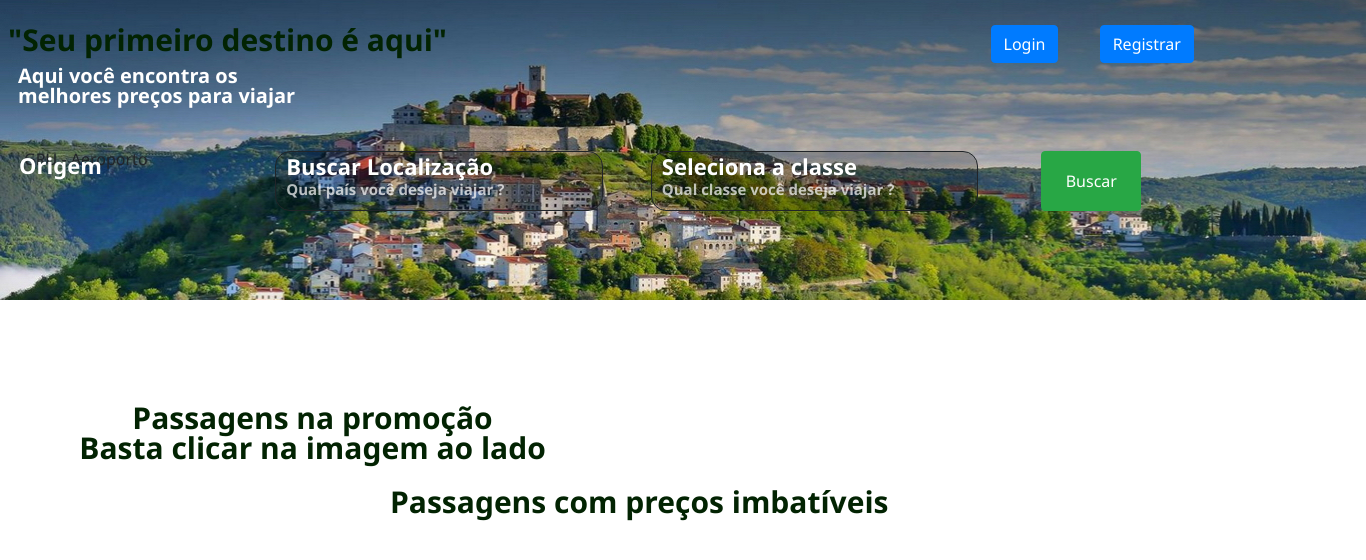
Repository: VictorFlay/Aplicacao-WEB
Page: http://localhost/ProjetoWeb/
An editor plug-in stored every save of this project. The page is shown before and after a run of saves, followed by the edit.
The browser window is 1280 px wide. The page is 1366 px wide, so the pictures cover 1366 px, including what lies to the right of the window. The pictures show the whole page.
Some web libraries are served in a nearby version. The page is served by Tomcat 9. Other server files are loaded and not shown. Queries for data that is not in the repository find no rows.

Above is the page before, as saved 2021-07-18 16:27:30.

### ProjetoWeb/WebContent/index.jsp
<%@page import="model.Usuario"%>
<%@page import="model.Localizacao"%>
<%@page import="model.Passagem"%>
<%@page import="model.LinhaAerea"%>
<%@page import="model.LinhaAerea"%>

<html lang="pt">
<head>

<!-- CSS -->
<link rel="stylesheet" type="text/css" href="css/design.css">

<!-- JQUEY e AJAX -->
<script src="https://cdnjs.cloudflare.com/ajax/libs/popper.js/1.12.9/umd/popper.min.js"></script>
<script src="https://code.jquery.com/jquery-3.2.1.slim.min.js"></script>
<script src="https://code.jquery.com/jquery-3.3.1.min.js"></script>

<!-- Bootstrap CSS -->
<script src="https://maxcdn.bootstrapcdn.com/bootstrap/4.0.0/js/bootstrap.min.js"></script>
<meta name="viewport" content="width=device-width, initial-scale=1, shrink-to-fit=no">
<link rel="stylesheet" href="https://maxcdn.bootstrapcdn.com/bootstrap/4.0.0/css/bootstrap.min.css">

<title>Agência</title>
<%
	String carousel = new Passagem().CarouselPromocao();
	String carouselcards = new Passagem().CarouselCards();
	String nome = (String) session.getAttribute("nome");
	String localizacao = new Localizacao().localizacoes();
	String nivelusuario = (String) session.getAttribute("nivelusuario");
	int converte = new Usuario().convert(nivelusuario);
%>
</head>
<body>

	<div class="container-fluid px-0">

		<!-- Imagem de fundo -->
		<div class="row">
			<div class="col-12 col-lg-12 center">
				<img src="img/menu.jpg" class="img-responsive"
					alt="Responsive image" id="imagem">
			</div>
		</div>

		<div class="row">
			<div class="col-8 col-lg-9 justify-content-between mt-4 ml-2"
				id="mensagem">"Seu primeiro destino é aqui"</div>

			<!-- Apenas o contéudo que o vistante tem acesso -->
			<%
				if (converte == 0) {
			%>
			<div class="col-1 col-lg-1 mt-4">
				<button type="button" class="btn btn-primary" data-toggle="modal"
					data-target="#login" data-whatever="@mdo">Login</button>
				<div class="modal fade" id="login" tabindex="-1" role="dialog"
					aria-labelledby="exampleModalLabel" aria-hidden="true">
					<div class="modal-dialog" role="document">
						<div class="modal-content">
							<div class="modal-header">
								<h5 class="modal-title" id="exampleModalLabel">Login</h5>
								<button type="button" class="close" data-dismiss="modal"
									aria-label="Close">
									<span aria-hidden="true">&times;</span>
								</button>
							</div>
							<div class="modal-body">
								<form method="POST" id="login-form">
									<div class="form-group">

										<!-- Exibe uma mensagem de erro na hora de logar  -->
										<div class="alert alert-danger center" role="alert"
											id="errologin"></div>
										<label for="login" class="col-form-label">Login:</label> <input
											type="text" class="form-control" id="username"
											name="username">
									</div>

									<div class="form-group">
										<label for="senha" class="col-form-label">Senha:</label> <input
											type="password" class="form-control" id="senha" name="senha">
									</div>

									<div class="modal-footer">
										<button type="button" class="btn btn-secondary"
											data-dismiss="modal">Fechar</button>
										<button type="submit" class="btn btn-primary">Entrar</button>
									</div>
								</form>
							</div>
						</div>
					</div>
				</div>
			</div>

			<!-- Registrar no sistema -->
			<div class="col-1 col-lg-1 mt-4">
				<button type="button" class="btn btn-primary" data-toggle="modal"
					data-target="#registrar" data-whatever="@mdo">Registrar</button>

				<div class="modal fade" id="registrar" tabindex="-1" role="dialog"
					aria-labelledby="exampleModalLabel" aria-hidden="true">
					<div class="modal-dialog" role="document">
						<div class="modal-content">
							<div class="modal-header">
								<h5 class="modal-title" id="exampleModalLabel">Registrar</h5>
								<button type="button" class="close" data-dismiss="modal"
									aria-label="Close">
									<span aria-hidden="true">&times;</span>
								</button>
							</div>
							<div class="modal-body">
								<form method="POST" id="register-form">
									<div class="alert alert-danger center" role="alert" id="erro">
										Nome ou Login já cadastrado!</div>
									<div class="form-group">
										<label for="nome" class="col-form-label">Nome
											Completo:</label> <input type="text" class="form-control" id="nome" name="nome" placeholder="Nome completo">
									</div>

									<div class="form-group">
										<label for="login" class="col-form-label">Login:</label>
										<input type="text" class="form-control" id="cxlogin" name="cxlogin" placeholder="Login">
									</div>

									<div class="form-group">
										<label for="senha" class="col-form-label">Senha:</label> <input
											type="password" class="form-control" id="cxsenha" name="cxsenha" placeholder="Senha">
									</div>

									<div class="form-row">
										<div class="form-group col-md-6">
											<label for="telefone" class="col-form-label">Telefone:</label>
											<input type="text" class="form-control" id="telefone" placeholder="Digite seu telefone..." name="telefone">
										</div>

										<div class="form-group col-md-3 ml-4">
											<label for="estado" class="col-form-label">Estado</label> <select
												id="estado" class="form-control">
												<option value="AC" selected>AC</option>
												<option value="AL">AL</option>
												<option value="AP">AP</option>
												<option value="AM">AM</option>
												<option value="BA">BA</option>
												<option value="CE">CE</option>
												<option value="ES">ES</option>
												<option value="GO">GO</option>
												<option value="MA">MA</option>
												<option value="MT">MT</option>
												<option value="MS">MS</option>
												<option value="MG">MG</option>
												<option value="PA">PA</option>
												<option value="PB">PB</option>
												<option value="PR">PR</option>
												<option value="PE">PE</option>
												<option value="PI">PI</option>
												<option value="RJ">RJ</option>
												<option value="RN">RN</option>
												<option value="RS">RS</option>
												<option value="RO">RO</option>
												<option value="RR">RR</option>
												<option value="SC">SC</option>
												<option value="SP">SP</option>
												<option value="SE">SE</option>
												<option value="TO">TO</option>
												<option value="DF">DF</option>
											</select>
										</div>
									</div>

									<div class="modal-footer">
										<button type="button" class="btn btn-secondary"
											data-dismiss="modal">Fechar</button>
										<button type="submit" class="btn btn-primary">Entrar</button>
									</div>
								</form>
							</div>
						</div>
					</div>
				</div>
			</div>

			<!-- Nível Usuário -->
			<% }else if (converte == 1) { %>

			<!-- Menu do usuário -->
			<div class="col-1 col-lg-1 mt-4 ml-4">
				<div class="dropdown">
					<a class="btn btn-secondary dropdown-toggle" href="#" role="button"
						id="dropdownMenuLink" data-toggle="dropdown" aria-haspopup="true"
						aria-expanded="false"> Perfil </a>
					<div class="dropdown-menu" aria-labelledby="dropdownMenuLink">
						<a class="dropdown-item" href="historico.jsp">Histórico</a>
					</div>

				</div>
			</div>

			<!-- Deslogar -->
			<div class="col-1 col-lg-1 mt-4 ml-4">
				<a href="deslogar.jsp?pag=1">
					<button type="button" class="btn btn-primary">Deslogar</button>
				</a>
			</div>
		</div>

		<!-- Nível ADM -->
		<% } else { %>

		<!-- Menu do administrador -->
		<div class="col-1 col-lg-1 mt-4 ml-2">
			<div class="dropdown">
				<a class="btn btn-secondary dropdown-toggle" href="#" role="button"
					id="dropdownMenuLink" data-toggle="dropdown" aria-haspopup="true"
					aria-expanded="false"> ADM </a>

				<div class="dropdown-menu" aria-labelledby="dropdownMenuLink">
					<a class="dropdown-item" href="adicionarlocalizacao.jsp">Localização</a>
					<a class="dropdown-item" href="adicionarpassagem.jsp">Passagem</a>
					<a class="dropdown-item" href="adicionarlinha.jsp">Companhia Aérea</a>
					<a class="dropdown-item" href="usuariomenu.jsp">Usuário</a>
				</div>
			</div>
		</div>

		<!-- Deslogar do sistema -->
		<div class="col-1 col-lg-1 mt-4 ml-4">
			<a href="deslogar.jsp?pag=1">
				<button type="button" class="btn btn-primary">Deslogar</button>
			</a>
		</div>

	<%}%>

	</div>

	<div class="row">
		<div class="col-12 col-lg-3 ml-2" id="mensagem2">
			Aqui você encontra os melhores preços para viajar
		</div>
	</div>

	<form method="POST" id="buscar-form">
		<div class="row mt-4">
			<div class="col-2 col-lg-2 aeroporto mt-4 ml-4">
				<div class="jss30">
					<p>Origem</p>
				</div>
				<div class="jss35">GRU - Aeroporto</div>
			</div>

			<div class="col-3 col-lg-3 buscarlocalizacao mt-4 ml-5">
				<%
					out.print(localizacao);
				%>
				<div class="jss30">
					<p>Buscar Localização</p>
				</div>
				<div class="jss31">Qual país você deseja viajar ?</div>
			</div>

			<div class="col-3 col-lg-3 classe mt-4 ml-5">
				<select multiple class="form-control buscarclasse">
					<option value="1" class="jss32">Classe Econômica</option>
					<option value="2" class="jss32">Classe Executiva</option>
				</select>

				<div class="jss30">
					<p>Seleciona a classe</p>
				</div>
				<div class="jss33">
					Qual classe você deseja viajar ?
				</div>

			</div>

			<div class="col-1 col-lg-1 mt-4 ml-5">
				<button type="submit" class="btn btn-success buscarlinha">Buscar</button>
			</div>

		</div>
	</form>

	<!-- Mensagem de erro na tela na hora de efetuar uma busca -->
	<div class="row justify-content-center mt-5" id="errobuscalinha">
		<div class="col-3 text-center" id="errobusca"></div>
	</div>


	<div class="row mt-5">
		<div class="col-6 col-lg-6 jss37 mt-5" id="titulo">
			<div class="row justify-content-center mt-5" id="mensagem">
				Passagens na promoção
			</div>

			<div class="row justify-content-center" id="mensagem">Basta
				clicar na imagem ao lado
			</div>
		</div>

		<div class="col-6 col-lg-5 mt-5">
			<%
				out.print(carousel);
			%>
		</div>

	</div>

	<div class="row">
		<div class="col-12 col-lg-12 ">
			<div class="mx-auto msg mt-4" style="width: 500px;">Passagens
				com preços imbatíveis</div>
		</div>
	</div>


	<div class="row mt-4">
		<div class="col-sm-12">
			<% out.print(carouselcards); %>
		</div>
	</div>

	<script type="text/javascript" src="js/script.js"></script>

</body>
</html>

### ProjetoWeb/WebContent/css/design.css
.form-group {
    margin-right: -10px;
}

#errobusca{
	display: none;
	color: white;
    z-index: 1;
    font-size: 18px;
    font-weight: bold;
}

#barra{
    width: 200px;
    height: 50px;
    border: 1px solid;
    border-radius: 15px;
    position: absolute;
    z-index: 0;
    background-color: white;
    opacity: 0.19;
    font-weight: bold;
    top: 0px;
}

#errologin{
	display:none;
}

.buscarloca{
	position: relative;
	widht: 100%;
	align-items: stretch;
    height: 200px;
    border: 1px solid;
    border-radius: 15px;
    z-index: 1;
    background-color: white;
    font-weight: bold;
    top: 0px;
   	visibility: hidden;
}

.buscarclasse{
	position: relative;
	widht: 100%;
	align-items: stretch;
    height: 70px;
    border: 1px solid;
    border-radius: 15px;
    z-index: 1;
    background-color: white;
    font-weight: bold;
    top: 0px;
   	visibility: hidden;
}

.classe{
    width: 300px;
    height: 60px;
    border: 1px solid;
    border-radius: 15px;
    z-index: 0;
    background-color: white;
    background: rgba(0, 0, 0, 0.19);
    font-weight: bold;
    top: 0px;
}

#erro{
	display:none;
	}


#origem{
    width: 200px;
    height: 50px;
    border: 1px solid;
    border-radius: 15px;
    z-index: 0;
    background-color: white;
    background: rgba(0, 0, 0, 0.19);
    font-weight: bold;
    top: 0px;

}

.buscarlocalizacao{

	display: flex;
    width: 300px;
    height: 60px;
    border: 1px solid;
    border-radius: 15px;
    z-index: 0;
    background-color: white;
    background: rgba(0, 0, 0, 0.19);
    font-weight: bold;
    top: 0px;


}


.buscarlinha{
	width: 100px;
    height: 60px;
    border: 1px solid;
    border-radius: 15px;
    z-index: 0;
    background-color: white;
    background: rgba(0, 0, 0, 0.19);
    font-weight: bold;
    top: 0px;
}


#destino{
    width: 200px;
    height: 50px;
    border: 1px solid;
    border-radius: 15px;
    z-index: 0;
    background-color: white;
    background: rgba(0, 0, 0, 0.19);
    font-weight: bold;
    top: 0px;

}

#calendario{
    width: 200px;
    height: 50px;
    border: 1px solid;
    border-radius: 15px;
    z-index: 0;
    background-color: white;
    background: rgba(0, 0, 0, 0.19);
    font-weight: bold;
    top: 0px;

}

#iconecalendario{
    top: 12px;
    position: absolute;
}

#passageiro{
    width: 250px;
    height: 50px;
    border: 1px solid;
    border-radius: 15px;
    z-index: 0;
    background-color: white;
    background: rgba(0, 0, 0, 0.19);
    font-weight: bold;
    top: 0px;
}

#mensagem{
    color: rgb(2, 35, 2);
    z-index: 3;
    font-weight: bold;
    font-size: 30px;
    white-space: nowrap;
}

#mensagem2{
    color: white;

    z-index: 3;
    font-weight: bold;
    font-size: 20px;
    left: 10px;
    top: 3px;
    display: block;
    opacity: 1;
}

#radios{
    color: white;
    font-size: 17px;
    font-weight: bold;
    white-space: nowrap;
}

#radio1{
    width: 20px;
    height: 20px;
    color: green;
}


#corpo{
    position: absolute;
    top: 325px;
}

#corpo2{
	position: relative;
	top: 580px;

}


#barrapassageiro2{
    width: 300px;
    height: 350px;
    left: 695px;
    border: 1px solid;
    border-radius: 15px;
    position: absolute;
    z-index: 0;
    background-color: white;
    top: 0px;
    font-weight: bold;
}

.quartabarra{
    cursor: pointer;
}



.barrapassageiroescondido{
    z-index: 3;
    user-select:none;
    top: 0px;
}

#perfil{

    top: 3px;
    position: absolute;
}

#txt{
    position: absolute;
    z-index: 1;
}


#aviao{
    left: 190px;
    top:5px;
    position: absolute;
    z-index: 1;
}



.origem{
    width: 500px;
    height: 50px;
    border: 1px solid;
    border-radius: 10px;
    position: absolute;
    z-index: 3;
    background-color: white;
    visibility: hidden;
    top: 0px;
}

.buscar{
    width: 120px;
    height: 50px;
    left: 975px;

    border-color: grey;
    border-radius: 10px;
    position: absolute;
    z-index: 3;
    background-color: #30503A;
    top: 0px;
}

.buscarvoo{
    color: white;
    position: absolute;

    z-index: 1;
    font-weight: bold;
    font-size: 15px;
    left: 20px;
    top: 16px;
}

* {
    margin: 0;
    padding: 0;
    border: 0;
    outline: none;
    list-style: none;
    text-decoration: none;
    font-family: segoe ui, helvetica neue, helvetica, arial, sans-serif;
    line-height: 1;
  }

  body {
    font-size: 16px;
  }




.jss1{
    color: white;
    position: absolute;
    z-index: 3;
    font-weight: bold;
    font-size: 20px;
    left: 10px;
    top: 3px;
    display: block;
    opacity: 1;
}

.jss2{
    color: white;
    position: absolute;
    z-index: 1000;
    font-size: 13px;
    left: 10px;
    top: 30px;
    opacity: 0.70;
    white-space: nowrap;
}

.jss3{
    color: white;
    position: absolute;
    z-index: 1;
    font-weight: bold;
    font-size: 20px;
    top: 3px;
}

.jss4{
    color: white;
    position: absolute;
    z-index: 1;
    font-size: 13px;
    top: 30px;
    opacity: 0.70;
}

.jss5{
    color: white;
    position: absolute;
    z-index: 1;
    font-size: 13px;
    left: 60px;
    top: 18px;
    opacity: 0.70;
}

.jss6{
    color: white;
    position: absolute;
    z-index: 1;
    font-size: 13px;
    left: 60px;
    top: 18px;
    opacity: 0.70;
}

.jss7{
    color: black;
    position: absolute;
    z-index: 1;
    font-size: 13px;
    left: 740px;
    top: 18px;

}

hr.jss8{
    border-top: 1px solid grey;
    position: absolute;
    z-index: 1;
    width: 240px;
    top: 31px;
    left: 725px;
}

hr.jss14{
    border-top: 1px solid grey;
    position: absolute;
    z-index: 1;
    width: 240px;
    top: 180px;
    left: 725px;
}

.jss9{
    color: black;
    position: absolute;
    z-index: 1;
    font-size: 11px;
    left: 710px;
    top: 60px;
    font-weight: bold;
}

.jss10{
    color: black;
    position: absolute;
    z-index: 1;
    font-size: 20px;
    left: 710px;
    top: 80px;
    font-weight: bold;
}

.jss11{
    color: black;
    position: absolute;
    z-index: 1;
    font-size: 15px;
    left: 710px;
    top: 105px;

}

.jss12{
    color: black;
    position: absolute;
    z-index: 1;
    font-size: 20px;
    left: 710px;
    top: 140px;
    font-weight: bold;
}

.jss13{
    color: black;
    position: absolute;
    z-index: 1;
    font-size: 15px;
    left: 710px;
    top: 165px;
}

.jss15{
    color: black;
    position: absolute;
    z-index: 1;
    font-size: 11px;
    left: 710px;
    top: 210px;
    font-weight: bold;
}

.jss16{
    width: 125px;
    height: 50px;
    background-color: cornflowerblue;
    position: absolute;
    left: 710px;
    top: 235px;
    border-radius: 10px;
    color: black;
    border: 1px solid;
    border-color: grey;
    -webkit-box-sizing: border-box;
    -moz-box-sizing: border-box;
    box-sizing: border-box;
    -webkit-appearance: none;
    -moz-appearance: none;
    appearance: none;
    cursor: pointer;
}



.jss17{
    width: 125px;
    height: 50px;
    position: absolute;
    left: 855px;
    top: 235px;
    border-radius: 10px;
    color: black;
    border: 1px solid;
    border-color: grey;
    -webkit-box-sizing: border-box;
    -moz-box-sizing: border-box;
    box-sizing: border-box;
    -webkit-appearance: none;
    -moz-appearance: none;
    appearance: none;
    cursor: pointer;

}

.jss18{
    color: black;
    position: absolute;
    z-index: 2;
    font-size: 12px;
    left: 722px;
    top: 253px;
    font-weight: bold;
    cursor: pointer;
    user-select:none;
}

.jss19{
    color: black;
    position: absolute;
    z-index: 2;
    font-size: 12px;
    left: 872px;
    top: 253px;
    font-weight: bold;
    cursor: pointer;
    user-select:none;
}

.jss20{
    color: grey;
    position: absolute;
    z-index: 2;
    font-size: 15px;
    left: 810px;
    top: 300px;
    font-weight: bold;

}

.jss21{
    left: 880px;
    top: 85px;
    font-weight: bold;
    position: absolute;

}

.jss22{
    left: 941px;
    top: 85px;
    font-weight: bold;
    position: absolute;
    cursor: pointer;
}

.jss23{
    left: 919px;
    top: 86px;
    position: absolute;
    font-size: 25px;
    font-weight: bold;
    font-family: arial;
    color:black;
    width: 15px;
    user-select:none;
}

.jss25{
    left: 880px;
    top: 145px;
    font-weight: bold;
    position: absolute;
}

.jss26{
    left: 941px;
    top: 145px;
    font-weight: bold;
    position: absolute;
}



.jss28{
    left: 919px;
    top: 146px;
    position: absolute;
    font-size: 25px;
    font-weight: bold;
    font-family: arial;
    color:black;
    width: 15px;
    user-select:none;
}

.jss29{
    color: white;
    font-size: 17px;
    font-weight: bold;
    white-space: nowrap;
}


.jss30{
    color: white;
    position: absolute;
    z-index: 3;
    font-weight: bold;
    font-size: 22px;
    left: 10px;
    top: 3px;
    display: block;
    opacity: 1;
    white-space: nowrap;
}

.jss31{
    color: white;
    position: absolute;
    z-index: 1000;
    font-size: 15px;
    left: 10px;
    top: 30px;
    opacity: 0.70;
    white-space: nowrap;
}

.jss32{
	color: black;
    z-index: 0;
    font-weight: bold;
    font-size: 22px;
    opacity: 1;
    white-space: nowrap;
}

.jss33{
    color: white;
    position: absolute;
    z-index: 1000;
    font-size: 15px;
    left: 10px;
    top: 30px;
    opacity: 0.70;
    white-space: nowrap;
}

#aumentardiminuir{
    top: 600px;

    width: 10px;
    height: 10px;
    position: absolute;
    left: 100px;
}

#testar{
	position: absolute;
}

.corpo{
	width: 1366px;
	height: 900px;
	border: 1px solid;
	position: relative;
	top: 300px;
}


.container{
    margin: 0 auto;
}

#logo{
    width: 100%;
}






.msg{
    color: rgb(2, 35, 2);
    z-index: 3;
    font-weight: bold;
    font-size: 30px;
}


#imagem{
    position: absolute;
    width: 1366px;
}

#aviaofundo{
	position: absolute;
	height: 350px;
	widht: 100%;
}

#aviaopequeno{
	width: 50px;
	height: 50px;
}

.card-img-top {
    width: 100%;
    height: 15vw;
    object-fit: cover;
}

@media only screen and (max-width: 1366px) and (min-width: 769px){
	.dr{
	left: 140px;
	}
}

@media only screen and (max-width: 991px) and (min-width: 540px){
	.dr{
	left: 90px;
	}

	#aviaofundo{
		position: absolute;
		height: 350px;
		width: 100%;
	}
}

#card{
	border-radius: 13px;
	border-color: grey;
	widht: 18rem;
}

Loaded but not shown: ProjetoWeb/WebContent/js/script.js (268 lines, source omitted); ProjetoWeb/src/model/Passagem.java (306 lines, source omitted); ProjetoWeb/src/model/Localizacao.java (212 lines, source omitted); ProjetoWeb/src/model/Usuario.java (259 lines, source omitted); ProjetoWeb/src/database/DBConnection.java (110 lines, source omitted)

After the next 2 saves:
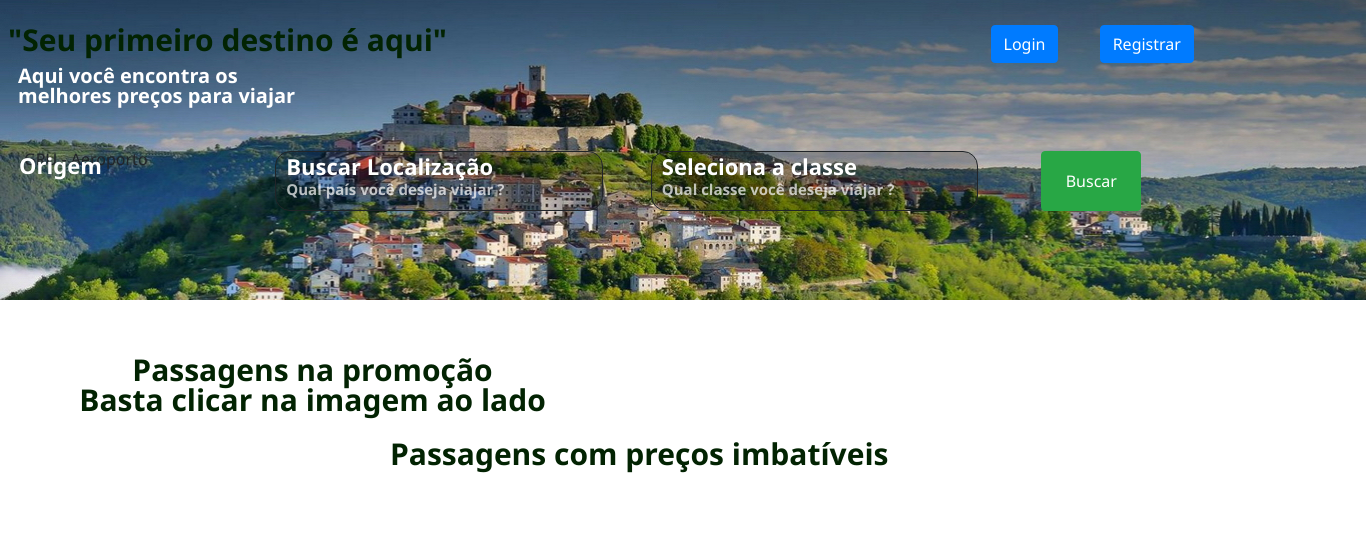
The 2 saves are shown as one change because they came seconds apart.
The last was saved 15 min 8 s later.
--- a/ProjetoWeb/WebContent/css/design.css
+++ b/ProjetoWeb/WebContent/css/design.css
@@ -8,6 +8,10 @@
     z-index: 1;
     font-size: 18px;
     font-weight: bold;
+}
+
+#errobuscalinha{
+	display: none;
 }
 
 #barra{

After the save that followed:
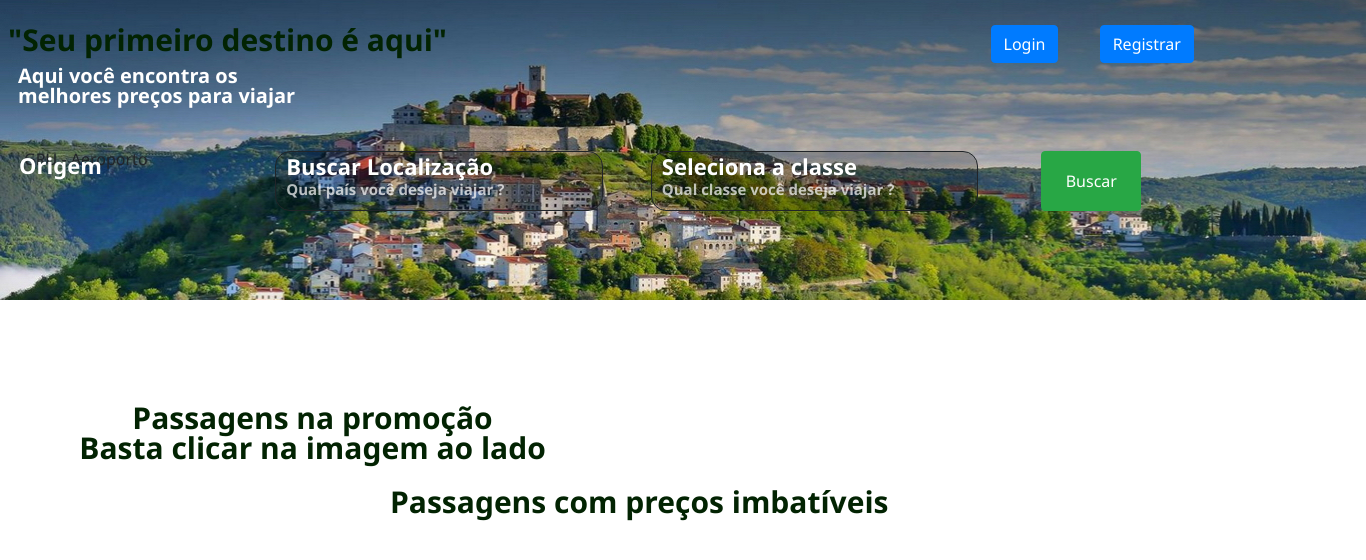
Saved 11 s later.
--- a/ProjetoWeb/WebContent/css/design.css
+++ b/ProjetoWeb/WebContent/css/design.css
@@ -10,9 +10,7 @@
     font-weight: bold;
 }
 
-#errobuscalinha{
-	display: none;
-}
+
 
 #barra{
     width: 200px;
